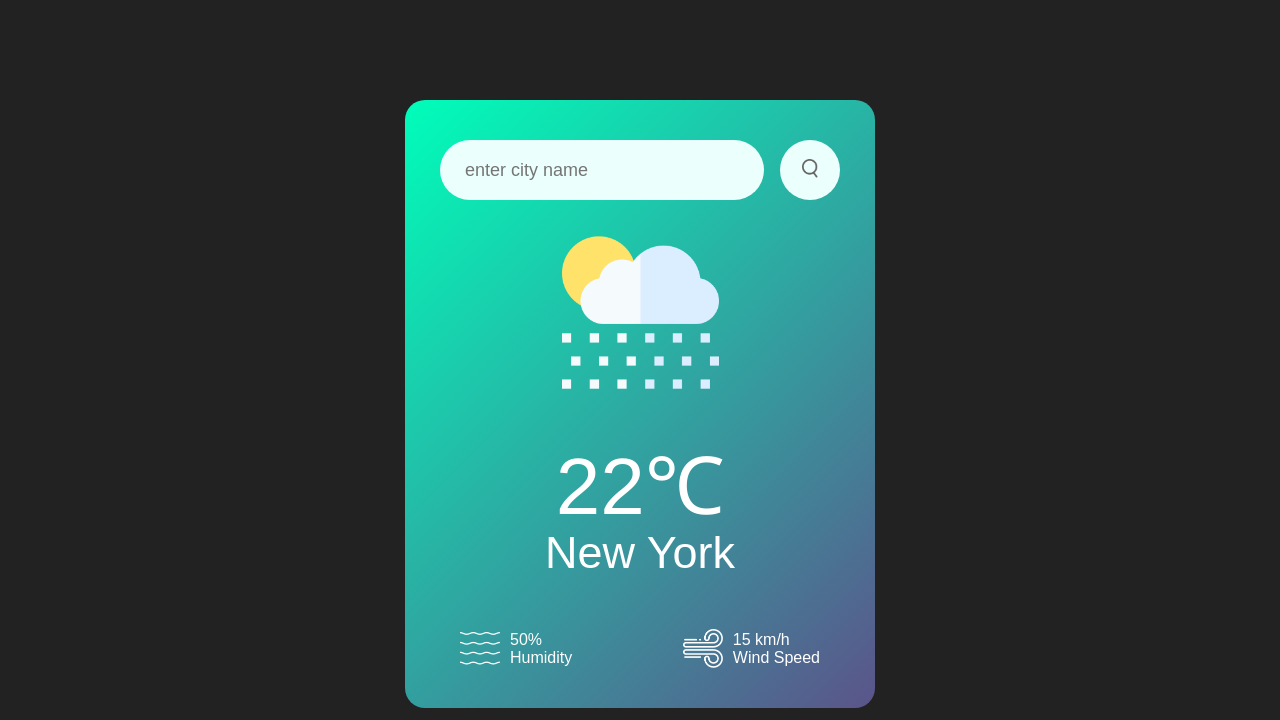
Repository: Alphosmart/weather
Page: index.html
The author's editor kept a copy of each file at every save. The page is drawn from the files as they stood at one save, then again after the next save.
The browser window is 1280 px wide. The pictures show the whole page.

Above is the page before, as saved 2024-07-17 16:48:59.

### index.html
<!DOCTYPE html>
<html lang="en">
  <head>
    <meta charset="UTF-8" />
    <meta name="viewport" content="width=device-width, initial-scale=1.0" />
    <title>Weather App</title>
    <link rel="stylesheet" href="style.css" />
  </head>
  <body>
    <div class="card">
      <div class="search">
        <input type="text" placeholder="enter city name" spellcheck="false" />
        <button><img src="images/search.png" /></button>
      </div>
      <div class="weather">
        <img src="images/rain.png" class="weather-icon" />
        <h1 class="temp">22℃</h1>
        <h2 class="city">New York</h2>
        <div class="details">
          <div class="col">
            <img src="images/humidity.png" />
            <div>
              <p class="humidity">50%</p>
              <p>Humidity</p>
            </div>
          </div>
          <div class="col">
            <img src="images/wind.png" />
            <div>
              <p class="wind">15 km/h</p>
              <p>Wind Speed</p>
            </div>
          </div>
        </div>
      </div>
    </div>
  </body>
</html>

### style.css
* {
  margin: 0;
  padding: 0;
  font-family: 'poppins', sans-serif;
  box-sizing: border-box;
}

body {
  background-color: #222;
}

.card {
  width: 90%;
  max-width: 470px;
  background: linear-gradient(135deg, #00feba, #5b548a);
  color: #fff;
  margin: 100px auto 0;
  border-radius: 20px;
  padding: 40px 35px;
  text-align: center;
}

.search {
  width: 100%;
  display: flex;
  align-items: center;
  justify-content: space-around;
}

.search input {
  border: 0;
  outline: 0;
  background: #ebfffc;
  color: #555;
  padding: 10px 25px;
  height: 60px;
  border-radius: 30px;
  flex: 1;
  margin-right: 16px;
  font-size: 18px;
}

.search button {
  border: 0;
  outline: 0;
  background: #ebfffc;
  border-radius: 50%;
  width: 60px;
  height: 60px;
  cursor: pointer;
}

.search img {
  width: 16px;
}

.weather.icon {
  width: 170px;
  margin-top: 30px;
}

.weather h1 {
  font-size: 80px;
  font-weight: 500;
}

.weather h2 {
  font-size: 45px;
  font-weight: 400;
  margin-top: -10px;
}

.details {
  display: flex;
  align-items: center;
  justify-content: space-between;
  padding: 0 20px;
  margin-top: 50px;
}

.col {
  display: flex;
  align-items: center;
  text-align: left;
}

.col img {
  width: 40px;
  margin-right: 10px;
}

.humidity,
wind {
}

After the next save:
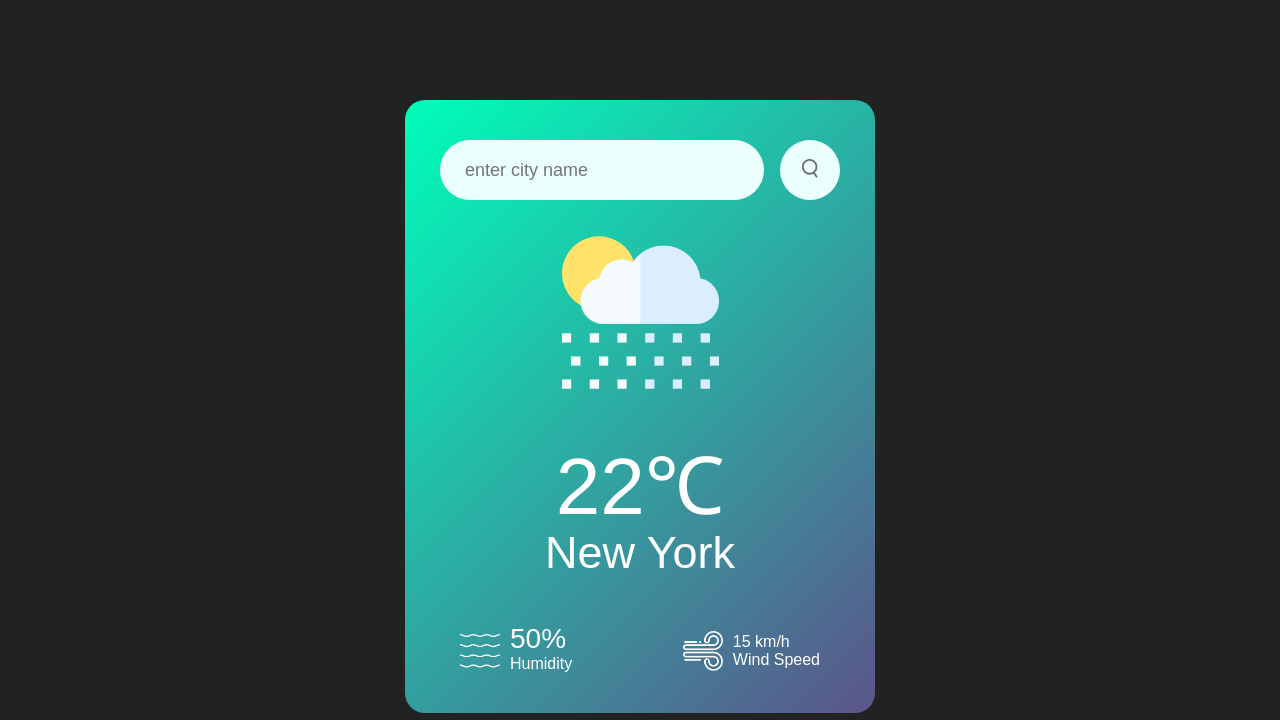
Saved 18 s later.
--- a/style.css
+++ b/style.css
@@ -91,4 +91,6 @@ body {
 
 .humidity,
 wind {
+  font-size: 28px;
+  margin-top: -6px;
 }
